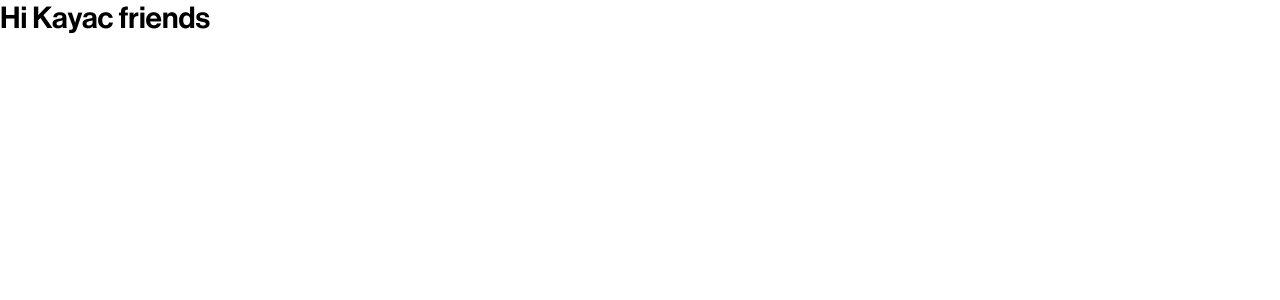
Repository: kentnathaniel/kayac-presentation
Page: /
These files come from the project's save history. The page is drawn as it stood at one moment and after the next save; the edit follows.
The browser window is 1280 px wide. The pictures show the whole page.
The project was rebuilt for these pictures with package versions that can differ from the ones it lists, and the page was loaded fresh each time. Also part of the build but not shown: vite.config.ts.

Above is the page before, as saved 2024-09-14 08:50:35.

### src/App.tsx
function App() {
  return <h1 className="text-3xl font-thin">Hi Kayac friends</h1>;
}

export default App;

### src/index.css
@tailwind base;
@tailwind components;
@tailwind utilities;

/* Thin */
@font-face {
  font-family: "Neue-Haas-Grotesk";
  src: url("./assets/fonts/NeueHaasDisplayThin.ttf") format("truetype");
  font-weight: normal;
  font-style: normal;
}

@font-face {
  font-family: "Neue-Haas-Grotesk";
  src: url("./assets/fonts/NeueHaasDisplayThinItalic.ttf") format("truetype");
  font-weight: normal;
  font-style: italic;
}

/* Mediums */
@font-face {
  font-family: "Neue-Haas-Grotesk";
  src: url("./assets/fonts/NeueHaasDisplayMedium.ttf") format("truetype");
  font-weight: normal;
  font-style: normal;
}

@font-face {
  font-family: "Neue-Haas-Grotesk";
  src: url("./assets/fonts/NeueHaasDisplayMediumItalic.ttf") format("truetype");
  font-weight: normal;
  font-style: italic;
}

/* Bolds */
@font-face {
  font-family: "Neue-Haas-Grotesk";
  src: url("./assets/fonts/NeueHaasDisplayBold.ttf") format("truetype");
  font-weight: bold;
  font-style: normal;
}

@font-face {
  font-family: "Neue-Haas-Grotesk";
  src: url("./assets/fonts/NeueHaasDisplayBoldItalic.ttf") format("truetype");
  font-weight: bold;
  font-style: italic;
}

body {
  font-family: "Neue-Haas-Grotesk", Arial, Helvetica, sans-serif;
}

### tailwind.config.ts
/** @type {import('tailwindcss').Config} */
export default {
  content: ["./index.html", "./src/**/*.{js,ts,jsx,tsx}"],
  theme: {
    extend: {
      fontFamily: {
        custom: ["Neue-Haas-Grotesk"],
      },
    },
  },
  plugins: [],
};

Loaded but not shown: index.html (common file); src/main.tsx (common file)

After the next save:
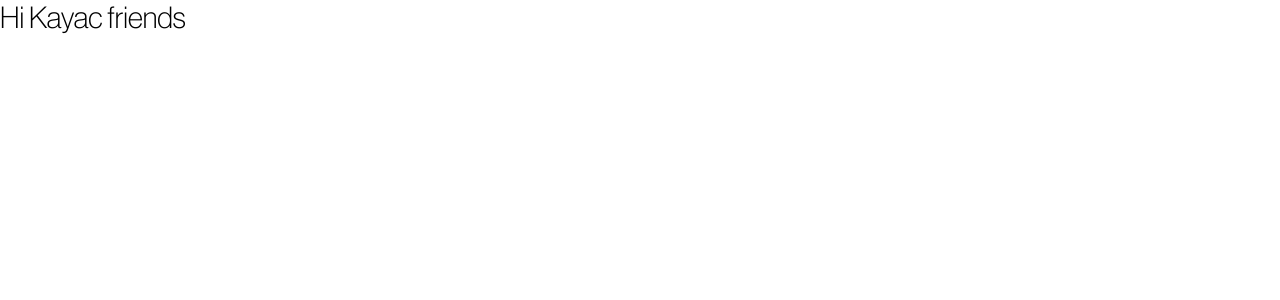
Saved 10 s later.
--- a/src/index.css
+++ b/src/index.css
@@ -6,7 +6,7 @@
 @font-face {
   font-family: "Neue-Haas-Grotesk";
   src: url("./assets/fonts/NeueHaasDisplayThin.ttf") format("truetype");
-  font-weight: normal;
+  font-weight: 300;
   font-style: normal;
 }
 

After the 4 saves that followed:
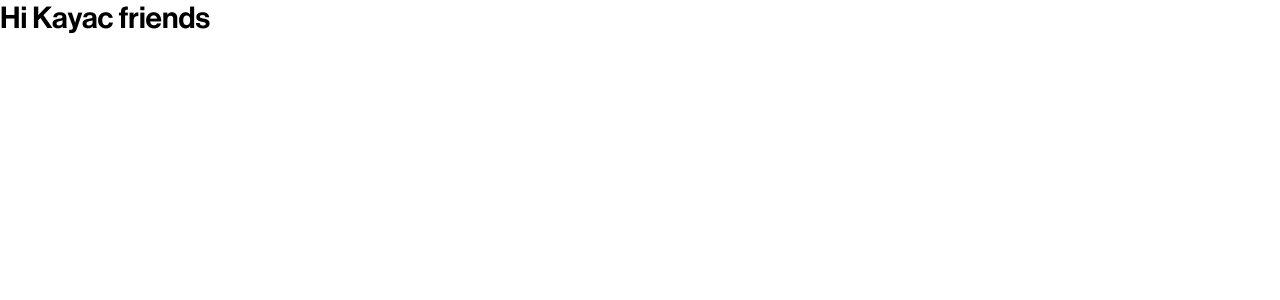
The 4 saves are shown as one change because 3 left the picture as it was.
The last was saved 46 s later.
--- a/src/index.css
+++ b/src/index.css
@@ -6,14 +6,14 @@
 @font-face {
   font-family: "Neue-Haas-Grotesk";
   src: url("./assets/fonts/NeueHaasDisplayThin.ttf") format("truetype");
-  font-weight: 300;
+  font-weight: lighter;
   font-style: normal;
 }
 
 @font-face {
   font-family: "Neue-Haas-Grotesk";
   src: url("./assets/fonts/NeueHaasDisplayThinItalic.ttf") format("truetype");
-  font-weight: normal;
+  font-weight: lighter;
   font-style: italic;
 }
 
